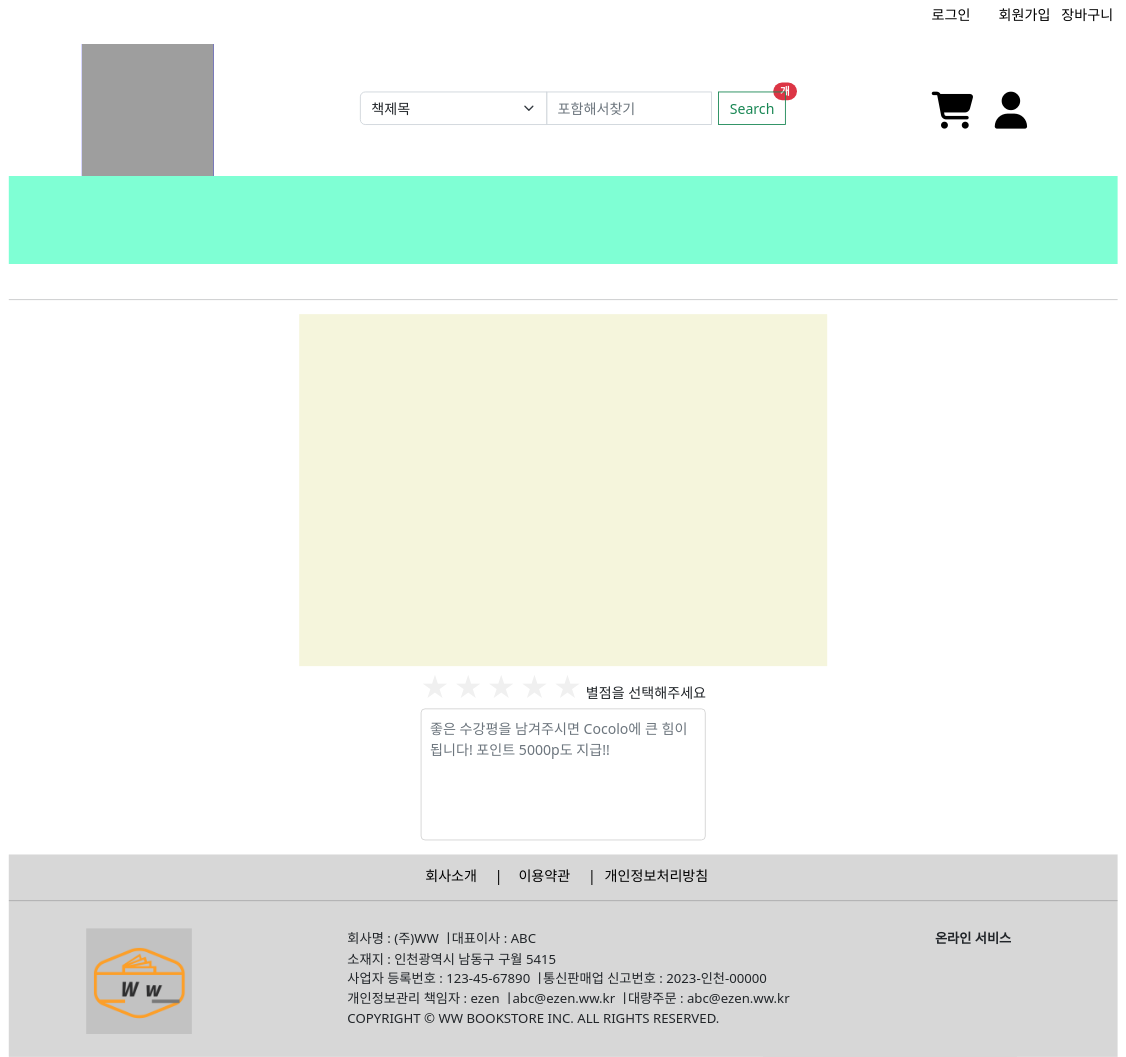
Repository: bongbongi/book1
Page: http://localhost/book/WEB-INF/views/book/bookDetailView.jsp
An editor plug-in stored every save of this project. The page is shown before and after the next save, followed by the edit.
The browser window is 1280 px wide. The pictures show the whole page, at 88% of full size.
Pictures or frames that could not be fetched are drawn as grey boxes. Some web libraries are served in a nearby version. The page is served by Tomcat 9. Nobody is signed in. Other server files are loaded and not shown. The template is opened directly, without the code that normally fills it, so the values that code supplies are empty.

Above is the page before, as saved 2023-01-17 09:00:35.

### book/src/main/webapp/WEB-INF/views/book/bookDetailView.jsp
<%@ page language="java" contentType="text/html; charset=UTF-8" pageEncoding="UTF-8"%>
<%@ taglib prefix="c" uri="http://java.sun.com/jsp/jstl/core"%>
<%@ taglib uri="http://java.sun.com/jsp/jstl/functions" prefix="fn" %>
<!DOCTYPE html>
<html>
<head>
<meta charset="UTF-8">
<title>Insert title here</title>
<!-- CSS only -->
<link href="https://cdn.jsdelivr.net/npm/bootstrap@5.2.2/dist/css/bootstrap.min.css" rel="stylesheet" integrity="sha384-Zenh87qX5JnK2Jl0vWa8Ck2rdkQ2Bzep5IDxbcnCeuOxjzrPF/et3URy9Bv1WTRi" crossorigin="anonymous">
<link href="/resources/css/bookDetailView.css" rel="stylesheet" />
<style>
.intro{
    display:-webkit-box;
    word-wrap:break-word;
    -webkit-line-clamp:3;
    -webkit-box-orient:vertical;
    overflow:hidden;
    text-overflow:ellipsis;
    line-height:18px;
    height:54px;
    text-decoration:none;
    }
.bookDetail {
	width: 1260px;
	margin:0 auto;
   display: flex;
   flex-direction: column;
   align-items: center;
}

.title {
	margin:0 auto;

    width: 1260px;
    height: 100px;
    font-size: 55px;
    text-align: center;
    background-color: aquamarine;
}

.pyoji {
   margin-right: 50px;
}

.seoji {
   margin-right: 100px;
}

.intro {
   width: 600px;
   background-color: gray;
}

.detail {
   width: 600px;
   height: 400px;
   background-color: beige;
}

.review {

}

.abcd {
   display: flex;
   width:1000px;
}

.arrow {
   display: flex;
   flex-direction: column;
}

.qty {
   display: flex;
   flex-direction: row;
}

.qty>input {
   height: 20px;
   width: 60px;
}

hr {
    width: 1260px;
}
</style>
</head>
<body>
<jsp:include page="../layout/header.jsp"></jsp:include>
   <div class="bookDetail">
      <div class="title">${bvo.book_title}</div>

         <c:forEach items="${fList}" var="book">


      <div class="abcd">
         <div class="pyoji">
            <img src="/upload/${fn:replace(book.save_dir,'\\','/')}/${book.uuid}_${book.file_name}" style="list-style:none;">
         </div>
         <div class="seoji">
            서지 정보<br> 판매가 OOOOO원<br> 어쩌구저쩌구<br> 배송료 OOOO원<br> 어쩌구<br>
            <br>
            <div class="qty">
               수량 <input type="number" name="book_count" min="1" value="1">
               <div class="arrow">
                  <a href="#"><img src="/resources/images/up.png" class="upArrow" alt="upArrow"></a>
                   <a href="#"><img src="/resources/images/down.png" class="downArrow" alt="downArrow"></a><br>
                  <br>
               </div>
            </div>
            <button type="button" class="btn btn-secondary">장바구니 담기</button>
            <button type="button" class="btn btn-success">바로구매</button>
         </div>
      </div>
      </c:forEach>
      <br>


      <hr>
      <%-- <div class="intro">책 소개 ${bvo.book_content}</div> --%>


      <div class="detail">${bvo.book_content}</div>
      <div class="review">
         <form class="mb-3" name="myform" id="myform" method="post">
            <fieldset>
               <span class="text-bold">별점을 선택해주세요</span> <input type="radio" name="reviewStar" value="5" id="rate1"><label for="rate1">★</label> <input type="radio" name="reviewStar" value="4" id="rate2"><label for="rate2">★</label> <input type="radio" name="reviewStar" value="3" id="rate3"><label for="rate3">★</label> <input type="radio" name="reviewStar" value="2" id="rate4"><label for="rate4">★</label> <input type="radio" name="reviewStar" value="1" id="rate5"><label for="rate5">★</label>
            </fieldset>
            <div>
               <textarea class="col-auto form-control" type="text" id="reviewContents" placeholder="좋은 수강평을 남겨주시면 Cocolo에 큰 힘이 됩니다! 포인트 5000p도 지급!!"></textarea>
            </div>
         </form>
      </div>
   </div>
<jsp:include page="../layout/footer.jsp"></jsp:include>
</body>
</html>

### book/src/main/webapp/WEB-INF/views/layout/header.jsp
<%@ page language="java" contentType="text/html; charset=UTF-8" pageEncoding="UTF-8"%>
<%@ taglib uri="http://java.sun.com/jsp/jstl/core" prefix="c"%>
<link href="https://cdn.jsdelivr.net/npm/bootstrap@5.2.2/dist/css/bootstrap.min.css" rel="stylesheet" integrity="sha384-Zenh87qX5JnK2Jl0vWa8Ck2rdkQ2Bzep5IDxbcnCeuOxjzrPF/et3URy9Bv1WTRi" crossorigin="anonymous">
<script src="https://kit.fontawesome.com/92e616dfba.js" crossorigin="anonymous"></script>
<meta charset="UTF-8">
<!DOCTYPE html>
<html>
<head>
<style>
.header {
   margin: 0 auto;
   width: 1260px;
   height: 200px;
}

.menu {
   display: flex;
   justify-content: flex-end;
   padding: 5px;
}

.logo {
   width: 150px;
   height: 150px;
   background-color: blue;
}

.logo>a>img {
   width: 150px;
   height: 150px;
}

.searchBar {
   /* position:absolute; */
   width: 484px;
   height: 42px;
   /* background-color: gold; */
   margin-top: 54px;
   border-radius: 30px;
}

.bar {
   height: 150px;
   display: flex;
   flex-direction: row;
   flex-wrap: nowrap;
   justify-content: space-around;
   /*    align-items: baseline; */
}

.icons>a>i {
   font-size: 42px;
   color: black;
   margin-top: 54px;
   margin-right: 20px;
}
</style>
</head>
<body>
   <div class="header">
      <div class="menu">
         <c:if test="${ses.mem_id ==null}">
            <ul>
               <a href="/mem/loginPage">로그인</a>
            </ul>
            <ul>
               <a href="/mem/joinPage">회원가입</a>
            </ul>
         </c:if>
         <c:if test="${ses.mem_auth == '0' }">
            <ul>
               <a href="/mem/logOut">로그아웃</a>
            </ul>
            <ul>
               <a href="/mem/adminPage">관리인페이지</a>
            </ul>
         </c:if>
         <c:if test="${ses.mem_id !=null && ses.mem_auth !='0' }">
            <ul>
               <a href="/mem/logOut">로그아웃</a>
            </ul>
            <ul>
               <a href="/mem/mypage">마이페이지</a>
            </ul>
         </c:if>
         <%-- <ul>
            <a href="/cart/cartdetail?mem_num=${ses.mem_num}">장바구니</a>
         </ul> --%>
         <c:if test="${ses.mem_id !=null}">
         <ul>
            <a href="/cart/cartdetail?mem_num=${ses.mem_num}">장바구니</a>
         </ul>
         </c:if>
         <c:if test="${ses.mem_id == null}">
               <a href="/mem/loginPage" onclick="gologin(event)">&nbsp&nbsp&nbsp장바구니</a>
         </c:if>
      </div>
      <div class="bar">
         <div class="logo">
            <a href="/"><img src="/resources/img/logo.jpg" alt="로고"></a>
         </div>
         <div class="searchBar">
            <form action="/book/search" class="d-flex" role="search" method="get">
               <div class="input-group mb-3">
                  <!-- 값을 별도 저장 -->
                  <c:set value="${pgh.pgvo.type}" var="typed" />
                  <select class="form-select" name="type">
                     <option value="t" ${typed eq 't' ? 'selected' :'' }>책제목</option>
                     <option value="c" ${typed eq 'c' ? 'selected' :'' }>작가이름</option>
                     <option value="w" ${typed eq 'w' ? 'selected' :'' }>출판사</option>
                  </select> <input class="form-control me-2" type="text" name="keyword" placeholder="포함해서찾기"> <input type="hidden" name="pageNo" value="1"> <input type="hidden" name="qty" value="10">
                  <button class="btn btn-outline-success" type="submit">Search</button>
                  <span class="position-absolute top-0 start-100 translate-middle badge rounded-pill bg-danger"> ${pgh.totalCount}개 <span class="visually-hidden">unread messages</span>
                  </span>
               </div>
            </form>
         </div>
         <div class="icons">
            <!-- 로그인 되었을때 -->
            <c:if test="${ses.mem_id !=null}">
            <a href="/cart/cartdetail?mem_num=${ses.mem_num}">
               <i class="fa-solid fa-cart-shopping"></i>
            </a>
            </c:if>
            <!-- 로그인 안되었을때 -->
            <c:if test="${ses.mem_id == null}">
            <a href="/mem/loginPage" onclick="gologin(event)">
               <i class="fa-solid fa-cart-shopping"></i>
            </a>
            </c:if>

            <c:if test="${ses.mem_auth == '0' }">
               <a href="/mem/adminPage">
                  <i class="fa-solid fa-user"></i>
               </a>
            </c:if>
            <c:if test="${ses.mem_auth != '0' }">
               <a href="/mem/mypage">
                  <i class="fa-solid fa-user"></i>
               </a>
            </c:if>

         </div>
      </div>
   </div>

   <script type="text/javascript">
      function gologin(event) {
         alert("로그인이 필요합니다!");
      }
      </script>
</body>
</html>

### book/src/main/webapp/WEB-INF/views/layout/footer.jsp
<%@ page language="java" contentType="text/html; charset=UTF-8"
   pageEncoding="UTF-8"%>
   <%@ taglib uri="http://java.sun.com/jsp/jstl/core" prefix="c"%>
<!DOCTYPE html>
<html>
<head>
<meta charset="UTF-8">
<title>Insert title here</title>
<style>
.footer {
   width: 1260px;
   height: 230px;
   background-color: rgba(175, 175, 175, 0.5);
   margin: 0 auto;
}

.footer-logo {

   width: 120px;
   height: 120px;
   background-color: beige;
}
.footer-logo>img{
   width: 120px;
   height: 120px;
}

.address-box {
   text-align: left;
   padding: 0;
   margin: 0;
}

.address {
   padding: 15px;
   height: 150px;
   display: flex;
   font-size: 15px;
   /* align-items: baseline; */
   flex-direction: row;
   flex-wrap: nowrap;
   justify-content: space-around;
}

ul {
   list-style: none;
}

.footer, .address li {

}

.footer-top {
   text-align: center;
   padding-top: 12px;
}

.footer-top>ul {
   margin: 0;
   padding: 0;
   display: flex;
   justify-content: center;
}

.footer-top>li {
   margin: 0;
   padding: 0;
}

a {
   text-decoration-line: none;
   color: black;
}

a:visited {
   text-decoration: none;
}

a:hover {
   text-decoration: none;
}

a:focus {
   text-decoration: none;
}

a:hover, a:active {
   text-decoration: none;
}

.online-serviceBar {
   padding: 0px;
   margin-left: 20px;
   width: 120px;
   height: 120px;
}

.online-serviceBar>ul {
   margin: 0px;
   padding: 0px;
}

</style>

</head>

<body>
   <div class="footer">
      <div class="footer-top">
         <ul>
            <li><a href="/introduce">회사소개 　|　 </a></li>
            <li><a href="/tos">이용약관 　| 　</a></li>
            <li><a href="/pp">개인정보처리방침</a></li>
         </ul>
      </div>
      <hr>
      <div class="address">
         <div class="footer-logo">
            <img src="../resources/img/logo2.png" alt="로고">
         </div>
         <div class="address-box">
            <ul>
               <li>회사명 : (주)WW <span style="margin-right: -7px;">ㅣ</span>
                  대표이사 : ABC
               </li>

               <li>소재지 : 인천광역시 남동구 구월 5415</li>
               <li>사업자 등록번호 : 123-45-67890 <span style="margin-right: -7px;">ㅣ</span>
                  통신판매업 신고번호 : 2023-인천-00000
               </li>

               <li>개인정보관리 책임자 : ezen <span style="margin-right: -7px;">ㅣ</span>
                  abc@ezen.ww.kr <span style="margin-right: -7px;">ㅣ</span> 대량주문 :
                  abc@ezen.ww.kr
               </li>

               <li>COPYRIGHT © WW BOOKSTORE INC. ALL RIGHTS RESERVED.</li>

            </ul>

         </div>
         <div class="online-serviceBar">
            <strong>온라인 서비스</strong>
            <c:if test="${ses.mem_auth eq 1}">
            <ul>
               <li><a href="/mem/mypage">마이페이지</a></li>
               <li><a href="/ntc/noticeOnly">공지사항</a></li>
               <li><a href="/board/list">1대1문의</a></li>
               <li><a href="/faq/faqListOnly">FAQ</a></li>
            </ul>
            </c:if>
            <c:if test="${ses.mem_auth eq 0}">
            <ul>
               <li><a href="/" onclick="gologin(event)">마이페이지</a></li>
               <li><a href="/ntc/noticeOnly">공지사항</a></li>
               <li><a href="/" onclick="gologin(event)">1대1문의</a></li>
               <li><a href="/faq/faqListOnly">FAQ</a></li>
            </ul>

            </c:if>
         </div>
      </div>
   </div>

   <script type="text/javascript">

   function gologin(event) {
      alert("일반회원 영역입니다")
   }



   </script>

</body>
</html>

### book/src/main/webapp/resources/css/bookDetailView.css
@charset "UTF-8";
#myform fieldset{
    display: inline-block;
    direction: rtl;
    border:0;
}
#myform fieldset legend{
    text-align: right;
}
#myform input[type=radio]{
    display: none;
}
#myform label{
    font-size: 2em;
    color: transparent;
    text-shadow: 0 0 0 #f0f0f0;
}
#myform label:hover{
    font-size: 2em;
    text-shadow: 0 0 0 rgba(228, 7, 173, 0.99);
}
#myform label:hover ~ label{
    font-size: 2em;
    text-shadow: 0 0 0 rgba(228, 7, 173, 0.99);
}
#myform input[type=radio]:checked ~ label{
    font-size: 2em;
    text-shadow: 0 0 0 rgba(228, 7, 173, 0.99);
}
#reviewContents {
    width: 100%;
    height: 150px;
    padding: 10px;
    box-sizing: border-box;
    border: solid 1.5px #D3D3D3;
    border-radius: 5px;
    font-size: 16px;
    resize: none;
}

After the next save:
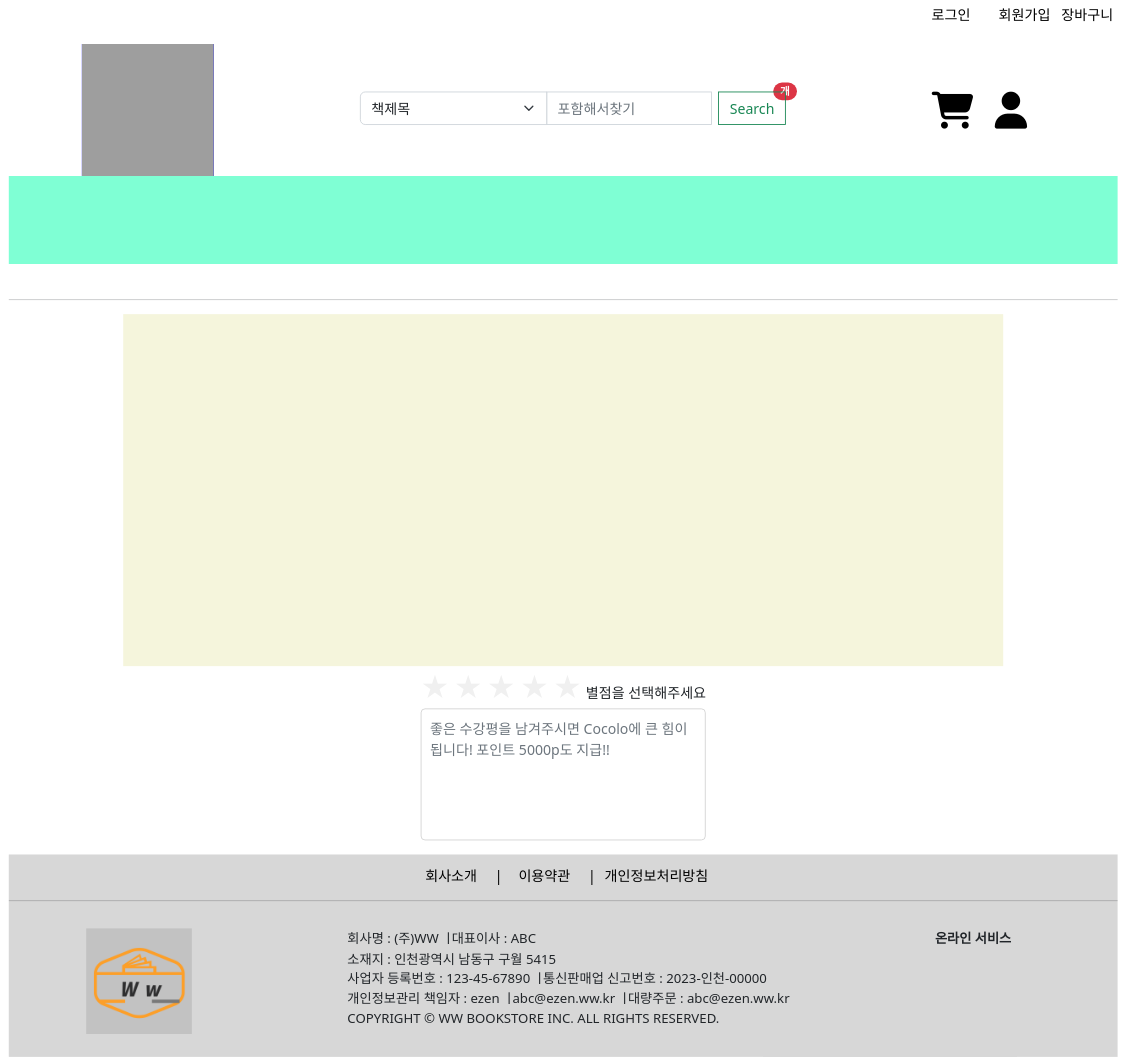
Saved 13 s later.
--- a/book/src/main/webapp/WEB-INF/views/book/bookDetailView.jsp
+++ b/book/src/main/webapp/WEB-INF/views/book/bookDetailView.jsp
@@ -53,7 +53,7 @@
 }
 
 .detail {
-   width: 600px;
+   width: 1000px;
    height: 400px;
    background-color: beige;
 }
